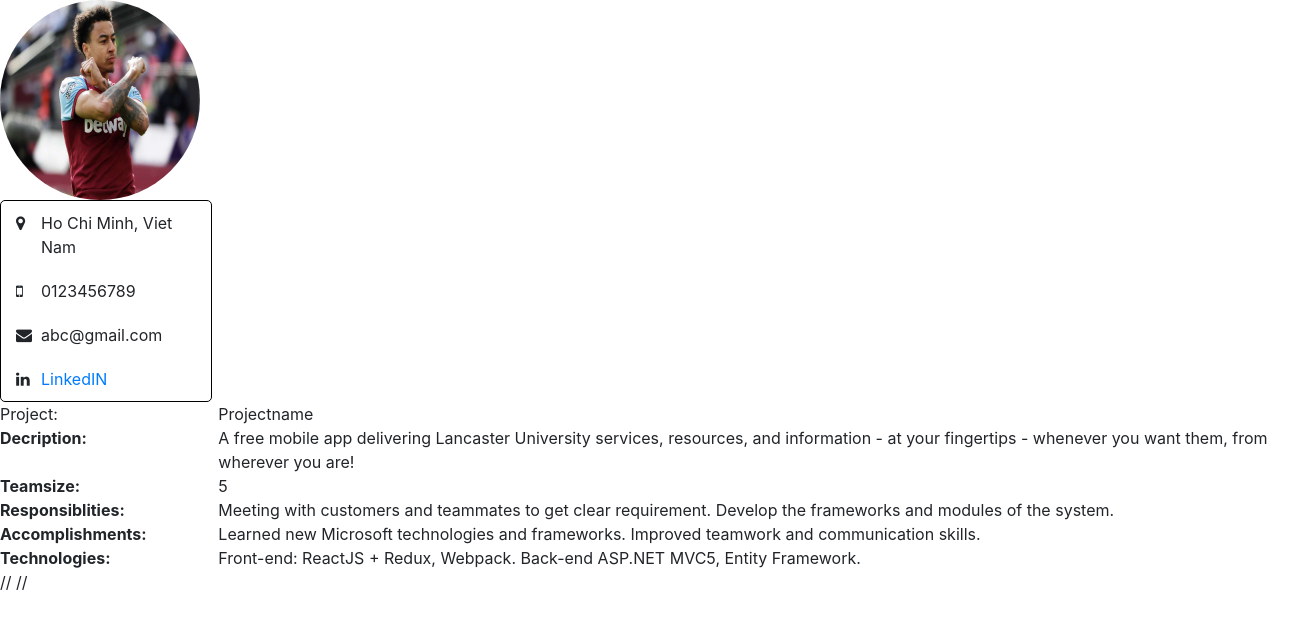
Repository: khoibanh113/mycv
Page: /
An editor plug-in stored every save of this project. The page is shown before and after the next save, followed by the edit.
The browser window is 1280 px wide. The page is 1295 px wide, so the pictures cover 1295 px, including what lies to the right of the window. The pictures show the whole page.
The project was rebuilt for these pictures with package versions that can differ from the ones it lists, and the page was loaded fresh each time. Also part of the build but not shown: src/component/study.js.

Above is the page before, as saved 2021-03-31 14:53:05.

### src/App.js
import React,{Component} from 'react'
import Avatar from './component/avatar'
import AvaImg from './image/avatar.jpg'
import Contact from './component/contact'
import Study from './component/study'
import Experience from './component/experience'
class App extends Component {
  render(){
    return (
      <div className="App">
        <Avatar img={AvaImg} />
        <Contact
          name='Nguyen Vo Hoang Khoi'
          location='Ho Chi Minh, Viet Nam'
          phone='0123456789'
          email='abc@gmail.com'
          linkedin='LinkedIN'
        />
        <Experience />


      </div>
    );
  }
}

export default App;

### src/component/avatar.js
import React from 'react'
import '../css/avatar.css'

class avatar extends React.Component {
    constructor(props){
        super(props);
        this.image = props.img;
    }

  render(){
    return (
        <div className="avaContainer">
          <img src={this.image} alt="this is your avatar" />
        </div>
    );
  }
}

export default avatar;

### src/component/contact.js
import  {Component} from 'react'
import '../../node_modules/font-awesome/css/font-awesome.min.css';
import 'bootstrap/dist/css/bootstrap.min.css';
import '../css/contact.css'

class contact extends Component{
    constructor(props){
        super(props);
        this.location = props.location;
        this.phone = props.phone;
        this.email = props.email;
        this.linkedin = props.linkedin;
    }



    render(){
        return(
            <div className="container-contact">

                <div class="row row-contact">
                        <div className="col-1 icon-contact">
                            <li className="fa fa-map-marker"></li>
                        </div>
                        <div className="col detail-contact">
                            <span>{this.location}</span>
                        </div>
                </div>
                <div class="row row-contact">
                    <div className="col-1 icon-contact">
                        <li className="fa fa-mobile" ></li>
                    </div>
                    <div className="col detail-contact">
                        <span>{this.phone}</span>
                    </div>
                </div>
                <div className="row row-contact">
                    <div className="col-1 icon-contact">
                        <li className="fa fa-envelope"></li>
                    </div>
                    <div class="col  detail-contact">
                        <span>{this.email}</span>
                    </div>
                </div>
                <div className="row row-contact">
                    <div className="col-1 icon-contact">
                        <li className="fa fa-linkedin"></li>
                    </div>
                    <div className="col  detail-contact">
                        <a href={this.linkedin} >{this.linkedin}</a>
                    </div>
                </div>

            </div>

        )
    }
}

export default contact;

### src/component/experience.js
import {Component} from 'react'
import 'bootstrap/dist/css/bootstrap.min.css';
import '../css/experience.css'
class experience extends Component{


    render(){
        return(
            //     <div className="container-contact">

            //     <div class="row row-contact">
            //             <div className="col-1 icon-contact">
            //                 <li className="fa fa-map-marker"></li>
            //             </div>
            //             <div className="col detail-contact">
            //                 <span>{this.location}</span>
            //             </div>
            //     </div>
            //     <div class="row row-contact">
            //         <div className="col-1 icon-contact">
            //             <li className="fa fa-mobile" ></li>
            //         </div>
            //         <div className="col detail-contact">
            //             <span>{this.phone}</span>
            //         </div>
            //     </div>
            //     <div className="row row-contact">
            //         <div className="col-1 icon-contact">
            //             <li className="fa fa-envelope"></li>
            //         </div>
            //         <div class="col  detail-contact">
            //             <span>{this.email}</span>
            //         </div>
            //     </div>
            //     <div className="row row-contact">
            //         <div className="col-1 icon-contact">
            //             <li className="fa fa-linkedin"></li>
            //         </div>
            //         <div className="col  detail-contact">
            //             <a href={this.linkedin} >{this.linkedin}</a>
            //         </div>
            //     </div>

            // </div>




            <div >



                <div className="row row-experience">
                    <div className="col-2">Project:</div>
                    <div className="col">Projectname</div>
                    <div className="detail-content">

                    </div>

                </div>
                <div className='container-experience'>
                    <div className="row row-experience">
                        <div className="col-2 col-item"><b>Decription:</b></div>
                        <div className="col detail-content">
                            <span>
                            A free mobile app delivering Lancaster University services, resources, and information - at your fingertips - whenever you want them, from wherever you are!
                            </span>
                        </div>


                    </div>
                    <div className="row row-experience">
                        <b className="col-2 col-item">Teamsize:</b>
                        <span className="col">5</span>
                    </div>
                    <div className="row row-experience">
                        <b className="col-2 col-item">Responsiblities:</b>
                        <span className="col">Meeting with customers and teammates to get clear requirement. Develop the frameworks and modules of the system.</span>
                    </div>
                    <div className="row row-experience">
                        <b className="col-2 col-item">Accomplishments:</b>
                        <span className="col">Learned new Microsoft technologies and frameworks. Improved teamwork and communication skills.</span>
                    </div>
                    <div className="row row-experience">
                        <b className="col-2 col-item">Technologies:</b>
                        <span className="col">Front-end: ReactJS + Redux, Webpack. Back-end ASP.NET MVC5, Entity Framework.</span>
                    </div>
                </div>


            //     {/* <li className='row row-experience'>
            //         <b className="col">Project:</b>
            //         <span className="col">Projectname</span>
            //     </li>
            //     <li className='row row-experience'>
            //         <b className="col">Decription:</b>
            //         <span className="col">
            //         A free mobile app delivering Lancaster University services, resources, and information - at your fingertips - whenever you want them, from wherever you are!
            //         </span>
            //     </li>
            //     <li className='row row-experience'>
            //         <b className="col">Teamsize:</b>
            //         <span className="col">5</span>
            //     </li>
            //     <li className='row row-experience'>
            //         <b className="col">Responsiblities:</b>
            //         <span className="col">Meeting with customers and teammates to get clear requirement. Develop the frameworks and modules of the system.</span>
            //     </li>
            //     <li className='row row-experience'>
            //         <b className="col">Accomplishments:</b>
            //         <span className="col">Learned new Microsoft technologies and frameworks. Improved teamwork and communication skills.</span>
            //     </li>
            //     <li className='row row-experience'>
            //         <b className="col">Technologies:</b>
            //         <span className="col">Front-end: ReactJS + Redux, Webpack. Back-end ASP.NET MVC5, Entity Framework.</span>
            //     </li> */}


            // </div>
        )
    }
}

export default experience;

### src/css/avatar.css

.avaContainer img {
    height: 100%;
    width: 100%;
    border-radius: 100px;
}
.avaContainer{
    height: 200px;
    width: 200px;

}

.nameContainer{
    text-align: center;
}

### src/css/contact.css
.row-contact{
    padding: 10px 0px 10px 30px;
}
.detail-contact{
    width: 200px;
}
.icon-contact{
    padding: 0px 0px;
    max-width: 10px;

}
.container-contact{
    max-width: fit-content;
    /* width: fit-content; */
    border: 1px solid black;
    border-radius: 5px;
}

### src/css/experience.css
/* .container-experience{
    max-width: fit-content;
    border: 1px solid black;
    border-radius: 5px;
}
.row-experience{
    margin: 10px;
}
.col-item{
    padding-right: 0px;
    margin-right: -50px;
} */

Loaded but not shown: public/index.html (common file); src/index.js (common file); src/index.css (common file); src/reportWebVitals.js (common file)

After the next save:
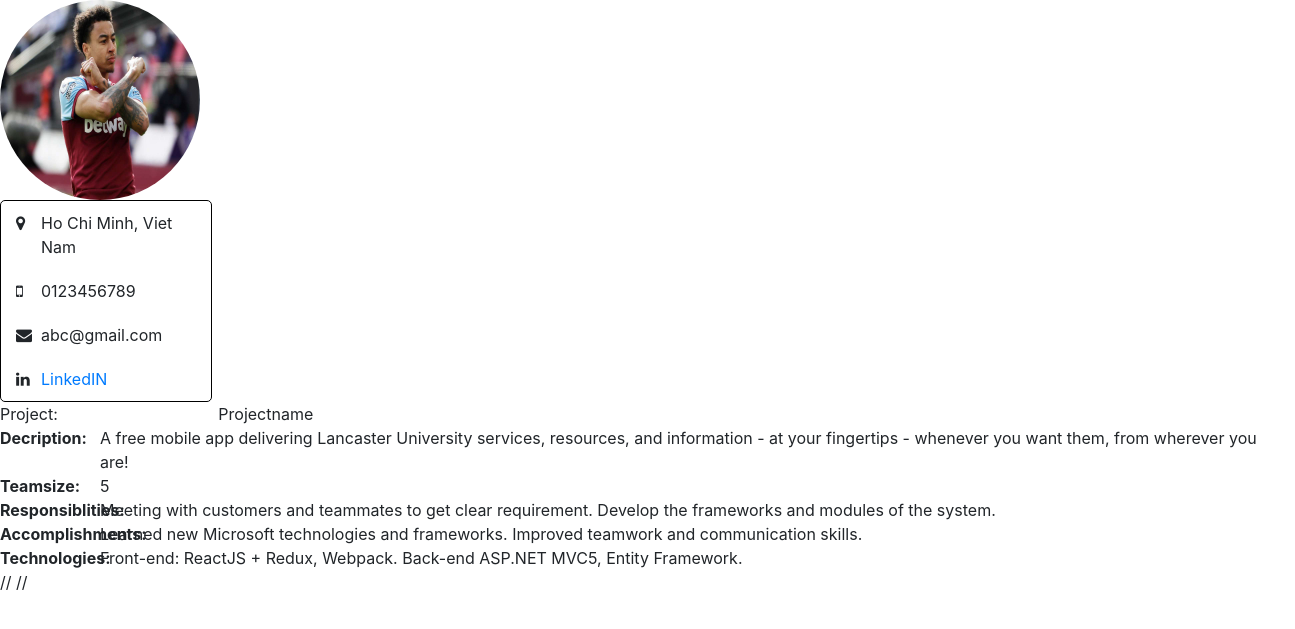
Saved 2 min 15 s later.
--- a/src/css/experience.css
+++ b/src/css/experience.css
@@ -5,8 +5,9 @@
 }
 .row-experience{
     margin: 10px;
-}
+} */
 .col-item{
     padding-right: 0px;
     margin-right: -50px;
-} */
+    max-width: 150px;
+}
